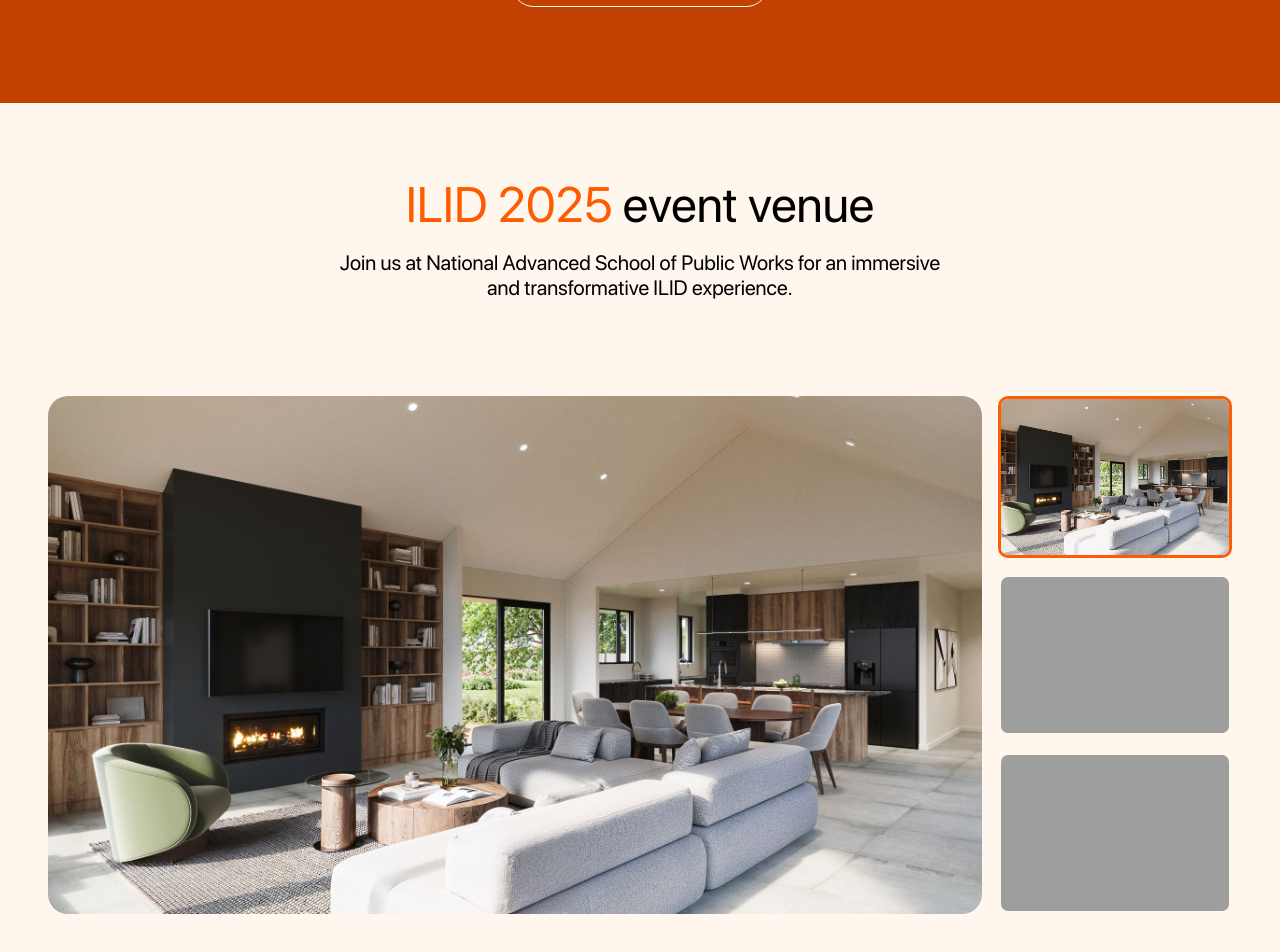
Repository: ilidevent/ilidwebsite
Page: /
These files come from the project's save history. The page is drawn as it stood at one moment and after a run of saves; the edit follows.
The browser window is 1280 px wide. The pictures show the part of the page from y = 4052 to 5004 px (the page is 5209 px tall).
Pictures or frames that could not be fetched are drawn as grey boxes. The project was rebuilt for these pictures with package versions that can differ from the ones it lists, and the page was loaded fresh each time. The framework's server and built-in components were replaced by stand-ins that run in the browser. Also part of the build but not shown: next.config.ts.

Above is the page before, as saved 2025-03-13 21:25:21.

After the next 3 saves:
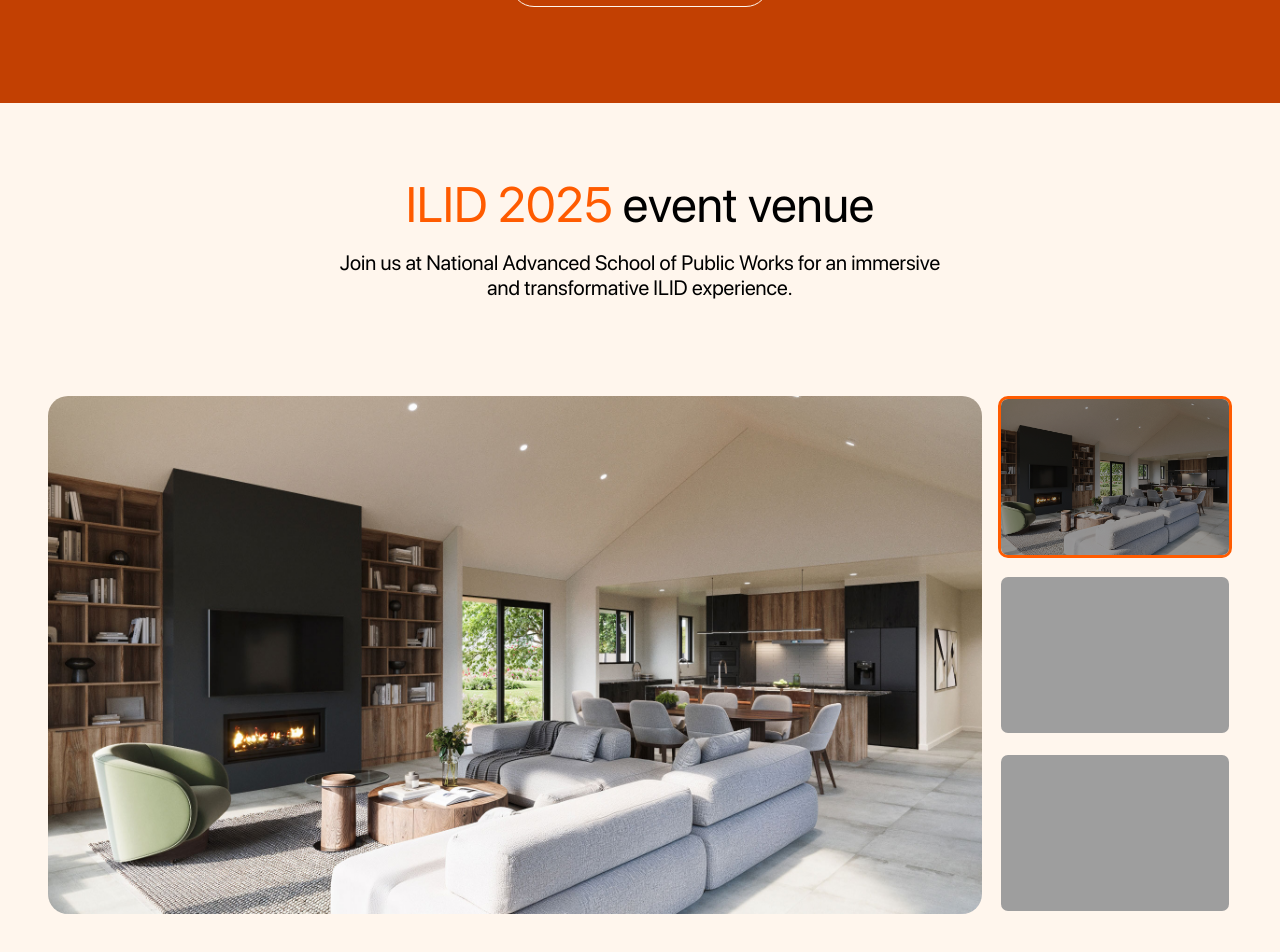
The 3 saves are shown as one change because 1 did not build or start and some came seconds apart.
The last was saved 10 s later.
--- a/styles/ReUsables/venuewrapper.module.scss
+++ b/styles/ReUsables/venuewrapper.module.scss
@@ -56,7 +56,9 @@
   &.active__image{
     border: 3px solid var(--orange);
 
-
+    .venue__overlay{
+      opacity: 1;
+    }
   }
 
   .venue__overlay{
